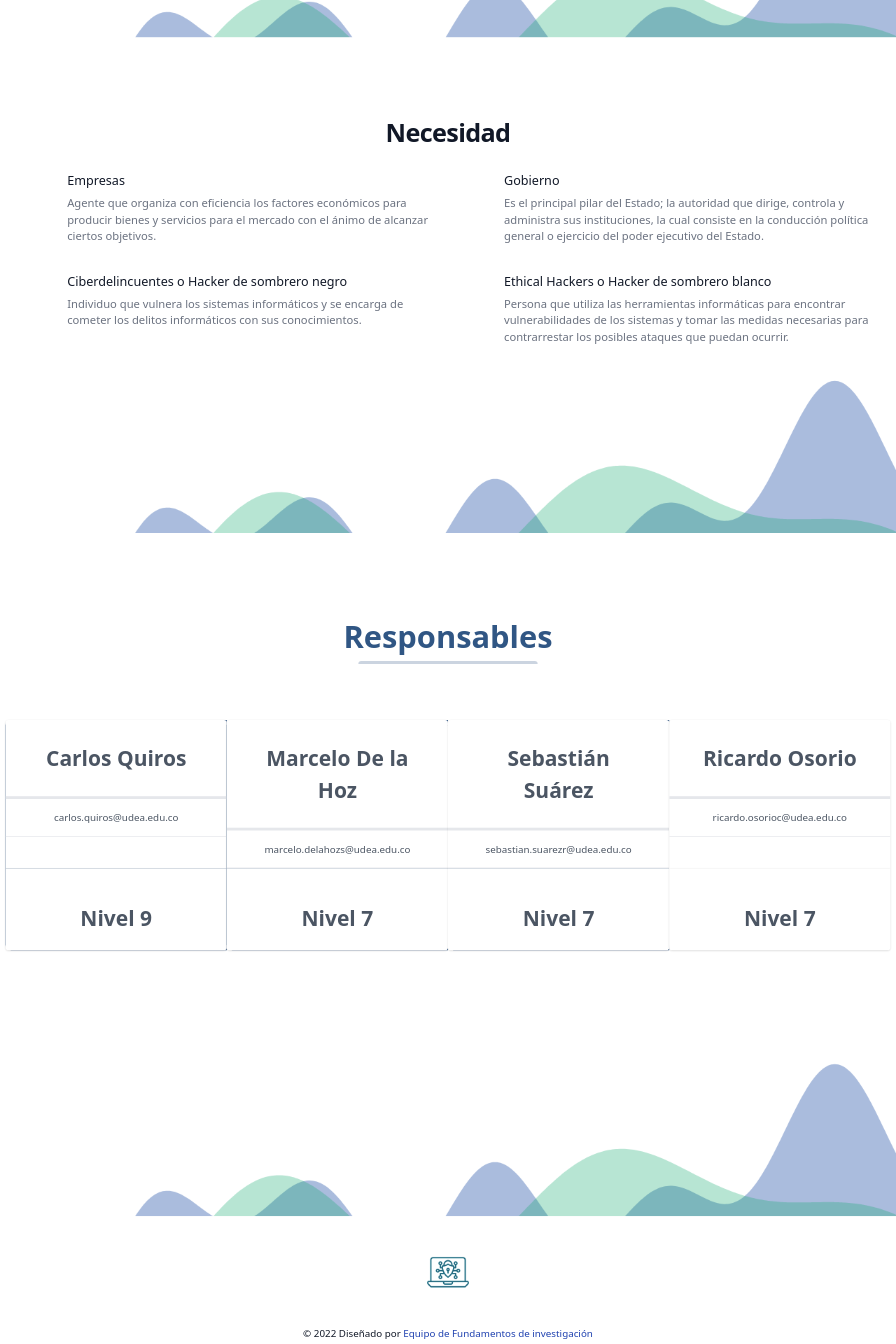
Repository: cardacar/fdi-2022
Page: /
An editor plug-in stored every save of this project. The page is shown before and after the next save, followed by the edit.
The browser window is 1280 px wide. The pictures show the part of the page from y = 3619 to 5539 px (the page is 5578 px tall before and 5530 px after), at 70% of full size.
The project was rebuilt for these pictures with package versions that can differ from the ones it lists, and the page was loaded fresh each time. The framework's server and built-in components were replaced by stand-ins that run in the browser. Also part of the build but not shown: next.config.js.

Above is the page before, as saved 2022-08-07 16:08:40.

### src/pages/index.tsx
import React from 'react';

import About from '../components/About';
import Canvas from '../components/Canvas';
import Features from '../components/Features';
import Header from '../components/Header';
import LazyShow from '../components/LazyShow';
import MainHero from '../components/MainHero';
import MainHeroImage from '../components/MainHeroImage';
import Pricing from '../components/Pricing';
import Product from '../components/Product';
import Necesidad from '../components/Necesidad';

const App = () => {
  return (
    <div className={`bg-background grid gap-y-16 overflow-hidden`}>
      <div className={`relative bg-background`}>
        <div className="max-w-7xl mx-auto">
          <div
            className={`relative z-10 pb-8 bg-background sm:pb-16 md:pb-20 lg:max-w-2xl lg:w-full lg:pb-28 xl:pb-32`}
          >
            <Header />
            <MainHero />
          </div>
        </div>
        <MainHeroImage />
      </div>
      <Canvas />
      <LazyShow>
        <>
          <Product />
          <Canvas />
        </>
      </LazyShow>
      <LazyShow>
        <>
          <Features />
          <Canvas />
        </>
      </LazyShow>
      <LazyShow>
        <>
          <Necesidad />
          <Canvas />
        </>
      </LazyShow>

      <LazyShow>
        <Pricing />
      </LazyShow>
      <LazyShow>
        <>
          <Canvas />
          <About />
        </>
      </LazyShow>
    </div>
  );
};

export default App;

### src/styles/main.css
@tailwind base;
@tailwind components;
@tailwind utilities;


:root {
  --color-primary: #11626D;
  --color-secondary: #1F9BAD;
  --color-tertiaty: #99a0a3;
}

a {
  @apply text-blue-800;
}

a:hover {
  @apply border-b-2 border-blue-900;
}



.content p {
  @apply my-6;
}

.content ul {
  @apply my-6;
}

### src/utils/AppConfig.ts
export const AppConfig = {
  site_name: 'FDICIA',
  title: 'Cómo influye la Inteligencia Artificial a la ciberseguridad en las empresas Colombianas',
  description: '',
  locale: 'es',
};

### src/components/About.tsx
import React from 'react';

import config from '../config/index.json';

const About = () => {
  const { company } = config;
  const { logo, name: companyName } = company;


  return (
    <div
      id="about"
      className="mx-auto container xl:px-20 lg:px-12 sm:px-6 px-4 py-12"
    >
      <div className="flex flex-col items-center justify-center">
        <div>
          <img src={logo} alt={companyName} className="w-16 h-16" style={{color: 'red'}}/>
        </div>
        <div className="flex items-center mt-6">
          <p className="mt-6 text-xs lg:text-sm leading-none text-gray-900 dark:text-gray-50">
            &copy; {new Date().getFullYear()} Diseñado por{' '}
            <a href="#" rel="nofollow">
              Equipo de Fundamentos de investigación
            </a>
          </p>
        </div>
      </div>
    </div>
  );
};
export default About;

### src/components/Canvas.tsx
import { useRef, FC, useEffect, useState } from 'react';

import { CanvasContext } from '../hooks/useCanvas';
import useResponsiveSize from '../hooks/useResponsiveSize';
import Wave from './Wave';

const Canvas: FC = () => {
  const canvasRef = useRef<HTMLCanvasElement>(null);
  const { width } = useResponsiveSize();
  const [context, setContext] = useState<
    CanvasRenderingContext2D | undefined
  >();

  useEffect(() => {
    const ctx = canvasRef?.current?.getContext('2d');
    if (ctx) setContext(ctx);
  }, []);

  return (
    <>
      <CanvasContext.Provider value={{ context }}>
        <canvas id="canvas" ref={canvasRef} width={width} height={220}></canvas>
        <Wave />
      </CanvasContext.Provider>
    </>
  );
};

export default Canvas;

### src/components/Features.tsx
import React from 'react';

import config from '../config/index.json';

const Features = () => {
  const { features } = config;
  const { title, subtitle, description, items: featuresList } = features;
  return (
    <div className={`py-12 bg-background`} id="features">
      <div className="max-w-7xl mx-auto px-4 sm:px-6 lg:px-8">
        <div className="lg:text-center">
          <h2
            className={`text-base text-primary font-semibold tracking-wide uppercase`}
          >
            {title}
          </h2>
          <p className="mt-2 text-3xl leading-8 font-extrabold tracking-tight text-gray-900 sm:text-4xl">
            {subtitle}
          </p>
          <p className="mt-4 max-w-2xl text-xl text-gray-500 lg:mx-auto">
            {description}
          </p>
        </div>

        <div className="mt-10">
          <dl className="space-y-10 md:space-y-0 md:grid md:grid-cols-2 md:gap-x-8 md:gap-y-10">
            {featuresList.map((feature) => (
              <div key={feature.name} className="relative">
                <dt>
                  <div
                    className={`absolute flex items-center justify-center h-12 w-12 rounded-md bg-background text-tertiary border-primary border-4`}
                  >
                    <img
                      className={`inline-block h-6 w-6`}
                      src={feature.icon}
                      alt={feature.name}
                    />
                  </div>
                  <p className="ml-16 text-lg leading-6 font-medium text-gray-900">
                    {feature.name}
                  </p>
                </dt>
                <dd className="mt-2 ml-16 text-base text-gray-500">
                  {feature.description}
                </dd>
              </div>
            ))}
          </dl>
        </div>
      </div>
    </div>
  );
};

export default Features;

### src/components/LazyShow.tsx
import React, { MutableRefObject, useEffect, useRef, useState } from 'react';

import { motion, useAnimation } from 'framer-motion';

function useOnScreen(
  ref: MutableRefObject<HTMLDivElement | null>,
  rootMargin = '0px'
) {
  const [isIntersecting, setIntersecting] = useState(false);

  useEffect(() => {
    let currentRef: any = null;
    const observer = new IntersectionObserver(
      ([entry]) => {
        if (entry?.isIntersecting) setIntersecting(entry?.isIntersecting);
      },
      {
        rootMargin,
      }
    );
    if (ref && ref?.current) {
      currentRef = ref.current;
      observer.observe(currentRef);
    }
    return () => {
      observer.unobserve(currentRef);
    };
  }, [ref, rootMargin]); // Empty array ensures that effect is only run on mount and unmount

  return isIntersecting;
}

const LazyShow = ({ children }: { children: React.ReactChild }) => {
  const controls = useAnimation();
  const rootRef = useRef<HTMLDivElement>(null);
  const onScreen = useOnScreen(rootRef);
  useEffect(() => {
    if (onScreen) {
      controls.start({
        x: 0,
        opacity: 1,
        transition: {
          duration: 0.5,
          ease: 'easeOut',
        },
      });
    }
  }, [onScreen, controls]);
  return (
    <motion.div
      className="lazy-div"
      ref={rootRef}
      initial={{ opacity: 0, x: -50 }}
      animate={controls}
    >
      {children}
    </motion.div>
  );
};

export default LazyShow;

### src/components/MainHero.tsx
import React from 'react';

import config from '../config/index.json';

const MainHero = () => {
  const { mainHero } = config;
  return (
    <main className="mt-10 mx-auto max-w-7xl px-4 sm:mt-12 sm:px-6 md:mt-16 lg:mt-20 lg:px-8 xl:mt-28">
      <div className="sm:text-center lg:text-left">
        <h1 className="text-4xl tracking-tight font-extrabold text-gray-900 sm:text-5xl md:text-6xl">
          <span className="block xl:inline">{mainHero.title}</span>{' '}
          <span className={`block text-primary xl:inline`}>
            {mainHero.subtitle}
          </span>
        </h1>
        <p className="mt-3 text-base text-gray-500 sm:mt-5 sm:text-lg sm:max-w-xl sm:mx-auto md:mt-5 md:text-xl lg:mx-0">
          {mainHero.description}
        </p>
      </div>
    </main>
  );
};

export default MainHero;

### src/components/Product.tsx
import React from "react";

import config from "../config/index.json";
import Divider from "./Divider";

const Product = () => {
  const { product } = config;
  const [firstItem, secondItem] = product.items;

  return (
    <section className={`bg-background py-8`} id="product">
      <div className={`container max-w-5xl mx-auto m-8`}>
        <h1
          className={`w-full my-2 text-5xl font-bold leading-tight text-center text-primary`}
        >
          {product.title.split(" ").map((word, index) => (
            <span
              key={index}
              className={index % 2 ? "text-primary" : "text-border"}
            >
              {word}{" "}
            </span>
          ))}
        </h1>
        <Divider />
        <div className={`flex flex-wrap`}>
          <div className={`w-5/6 sm:w-1/2 p-6 mt-20`}>
            <h3
              className={`text-3xl text-gray-800 font-bold leading-none mb-3`}
            >
              {firstItem?.title}
            </h3>
            <p className={`text-gray-600`}>{firstItem?.description}</p>
          </div>
          <div className={`w-full sm:w-1/2 p-6`}>
            <img
              className="h-6/6"
              src={firstItem?.img}
              alt={firstItem?.title}
            />
          </div>
        </div>
        <div className={`flex flex-wrap flex-col-reverse sm:flex-row`}>
          <div className={`w-full sm:w-1/2 p-6`}>
            <img
              className="h-6/6"
              src={secondItem?.img}
              alt={secondItem?.title}
            />
          </div>
          <div className={`w-full sm:w-1/2 p-6 mt-20`}>
            <div className={`align-middle`}>
              <h3
                className={`text-3xl text-gray-800 font-bold leading-none mb-3`}
              >
                {secondItem?.title}
              </h3>
              <p className={`text-gray-600 mb-8`}>{secondItem?.description}</p>
            </div>
          </div>
          <div className={`w-full p-6 mt-20 text-center`}>
            <div className={`align-middle`}>
              <h3
                className={`text-3xl text-gray-800 font-bold leading-none mb-3`}
              >
              </h3>
              <p className={`text-gray-600 mb-8 text-justify`}>
                Con el incremento en la cantidad de información que se maneja en
                la red en especial a nivel empresarial, se ve la necesidad de
                gestionar y controlar la seguridad de toda esta, velando por la
                automatización de muchos de estos procesos, para asi no agobiar
                y mantener al personal concentrado en los casos mas importante.
                Aqui es donde entra la inteligencia artificial,siendo una
                herramienta que permite la constante actualización de su uso,
                permite asumir una gran cantidad de tareas a la hora de mantener
                la seguridad de la información.<br></br><br></br> En cuanto a generar las fallas
                de seguridad, las mismas características que hacen a las IA una
                de las mejores herramientas para proteger información, las
                vuelven a su vez las más óptimas para penetrar en los sistemas
                de seguridad, además de que estas tienen una ventaja, la cual es
                que tú como defensor no puedes fallar nunca, pero como atacante
                no importa cuantas veces falles, dado que con solo una victoria,
                es la derrota total para la seguridad del sistema. Al ser las IA
                capaz de evolucionar con cada intento, las que tendrían más
                capacidad de desarrollo a lo largo del tiempo será la del
                atacante.
              </p>
            </div>
          </div>
        </div>
      </div>
    </section>
  );
};

export default Product;

### src/components/Necesidad.tsx
import React from 'react';

import config from '../config/index.json';

const Necesidad = () => {
  const { Necesidad } = config;
  const { title, subtitle, description, items: featuresList } = Necesidad;
  return (
    <div className={`py-12 bg-background`} id="necesidad">
      <div className="max-w-7xl mx-auto px-4 sm:px-6 lg:px-8">
        <div className="lg:text-center">
          <h2
            className={`text-base text-primary font-semibold tracking-wide uppercase`}
          >
            {title}
          </h2>
          <p className="mt-2 text-3xl leading-8 font-extrabold tracking-tight text-gray-900 sm:text-4xl">
            {subtitle}
          </p>
          <p className="mt-4 max-w-2xl text-xl text-gray-500 lg:mx-auto">
            {description}
          </p>
        </div>

        <div className="mt-10">
          <dl className="space-y-10 md:space-y-0 md:grid md:grid-cols-2 md:gap-x-8 md:gap-y-10">
            {featuresList.map((feature) => (
              <div key={feature.name} className="relative">
                <dt>
                  <p className="ml-16 text-lg leading-6 font-medium text-gray-900">
                    {feature.name}
                  </p>
                </dt>
                <dd className="mt-2 ml-16 text-base text-gray-500">
                  {feature.description}
                </dd>
              </div>
            ))}
          </dl>
        </div>
      </div>
    </div>
  );
};

export default Necesidad;

### src/config/index.json
{
  "company": {
    "name": "Contexto",
    "logo": "/assets/images/logo.png"
  },
  "navigation": [
    {
      "name": "Contexto",
      "href": "product"
    },
    {
      "name": "Entes",
      "href": "features"
    },

    {
      "name": "Estudiantes",
      "href": "pricing"
    },
    {
      "name": "Necesidad",
      "href": "necesidad"
    },
    {
      "name": "About",
      "href": "about"
    }
  ],
  "mainHero": {
    "title": "¿Cómo influye la Inteligencia Artificial",
    "subtitle": "a la ciberseguridad en las empresas Colombianas?",
    "description": "Las nuevas amenazas basadas en herramientas de inteligencia artificial obligan a elevar también el nivel de las tecnologías necesarias para defender a las empresas. Siete de cada diez compañías están ya usando algún tipo de IA para la protección de sus activos. Las soluciones se dirigen hacia cuatro grandes necesidades (gestión masiva de información, respuesta en tiempo real, automatización y predicción), y se emplean en áreas como gestión de incidencias y respuesta, gestión de intrusiones, protección anti-malware, gestión del fraude, ciberinteligencia o prevención de correo malicioso, entre otra",
    "img": "/assets/images/FondoPrincipal.png"
  },
  "product": {
    "title": "Contexto",
    "items": [
      {
        "title": "¿Qué es la ciberseguridad?",
        "description": "La ciberseguridad o seguridad informática es una práctica que busca defender las computadoras, los servidores, los dispositivos móviles, las redes, y en general los sistemas electrónicos y los datos de ataques maliciosos. El término se aplica en diferentes contextos, desde los negocios hasta la informática móvil.",
        "img": "/assets/images/Desc_Cibersecurity.png"
      },
      {
        "title": "¿Qué es la Inteligencia artificial?",
        "description": "Se puede definir citando a Juan Romero, Carlos Dafonte, Angel Gómez y Fernando Penousal en su libro Inteligencia Artificial y Computación Avanzada: \"un sistema artificial posee inteligencia cuando es capaz de llevar a cabo tareas que, si fuesen realizadas por un humano, se diría de este que es inteligente. Dentro de las ciencias de la computación, la rama de la I.A. se basa en intentar dotar al funcionamiento de las aplicaciones informáticas de un comportamiento inteligente similar al humano para la toma de decisiones.\"[3]",
        "img": "/assets/images/IA.svg"
      }
    ]
  },
  "features": {
    "title": "",
    "subtitle": "Entes",
    "description": "En nuestro contexto, los principales sujetos de investigación serian los siguientes",
    "items": [
      {
        "name": "Empresas",
        "description": "Agente que organiza con eficiencia los factores económicos para producir bienes y servicios para el mercado con el ánimo de alcanzar ciertos objetivos.",
        "icon": "/assets/images/edificio.png"
      },
      {
        "name": "Gobierno",
        "description": "Es el principal pilar del Estado; la autoridad que dirige, controla y administra sus instituciones, la cual consiste en la conducción política general o ejercicio del poder ejecutivo del Estado.",
        "icon": "/assets/images/gobernancia.png"
      },
      {
        "name": "Ciberdelincuentes o Hacker de sombrero negro",
        "description": "Individuo que vulnera los sistemas informáticos y se encarga de cometer los delitos informáticos con sus conocimientos.",
        "icon": "/assets/images/hackear.png"
      },
      {
        "name": "Ethical Hackers o Hacker de sombrero blanco",
        "description": "Persona que utiliza las herramientas informáticas para encontrar vulnerabilidades de los sistemas y tomar las medidas necesarias para contrarrestar los posibles ataques que puedan ocurrir.",
        "icon": "/assets/images/hacker.png"
      }
    ]
  },
  "Necesidad": {
    "title": "",
    "subtitle": "Necesidad",
    "description": "",
    "items": [
      {
        "name": "Empresas",
        "description": "Agente que organiza con eficiencia los factores económicos para producir bienes y servicios para el mercado con el ánimo de alcanzar ciertos objetivos.",
        "icon": ""
      },
      {
        "name": "Gobierno",
        "description": "Es el principal pilar del Estado; la autoridad que dirige, controla y administra sus instituciones, la cual consiste en la conducción política general o ejercicio del poder ejecutivo del Estado.",
        "icon": "/assets/images/gobernancia.png"
      },
      {
        "name": "Ciberdelincuentes o Hacker de sombrero negro",
        "description": "Individuo que vulnera los sistemas informáticos y se encarga de cometer los delitos informáticos con sus conocimientos.",
        "icon": "/assets/images/hackear.png"
      },
      {
        "name": "Ethical Hackers o Hacker de sombrero blanco",
        "description": "Persona que utiliza las herramientas informáticas para encontrar vulnerabilidades de los sistemas y tomar las medidas necesarias para contrarrestar los posibles ataques que puedan ocurrir.",
        "icon": "/assets/images/hacker.png"
      }
    ]
  },
  "pricing": {
    "title": "Responsables",
    "items": [
      {
        "name": "Carlos Quiros",
        "price": "Nivel 9",
        "priceDetails": "",
        "features": ["carlos.quiros@udea.edu.co"]
      },
      {
        "name": "Marcelo De la Hoz",
        "price": "Nivel 7",
        "priceDetails": "",

        "features": ["marcelo.delahozs@udea.edu.co"]
      },
      {
        "name": "Sebastián Suárez",
        "price": "Nivel 7",
        "priceDetails": "",
        "features": ["sebastian.suarezr@udea.edu.co"]
      },
      {
        "name": "Ricardo Osorio",
        "price": "Nivel 7",
        "priceDetails": "",
        "features": ["ricardo.osorioc@udea.edu.co"]
      }
    ]
  }
}

### src/components/Wave.tsx
import { FC } from 'react';

import { useCanvasContext } from '../hooks/useCanvas';
import useResponsiveSize from '../hooks/useResponsiveSize';
import WaveObj from '../utils/wave';

const Wave: FC = () => {
  const { context } = useCanvasContext();
  const { width } = useResponsiveSize();
  const height = 600;
  let frequency = 0.013;
  const waves = {
    frontWave: new WaveObj([0.0211, 0.028, 0.015], 'rgb(44, 89, 171, 0.4)'),
    backWave: new WaveObj([0.0122, 0.018, 0.005], 'rgb(17, 169, 111, 0.3)'),
  };

  const render = () => {
    context?.clearRect(0, 0, width, height);
    Object.entries(waves).forEach(([, wave]) => {
      wave.draw(context!, width, height, frequency);
    });
    frequency += 0.013;
    requestAnimationFrame(render);
  };
  if (context) render();
  return null;
};

export default Wave;

Loaded but not shown: src/pages/_app.tsx (common file); src/pages/_document.tsx (common file); src/components/MainHeroImage.tsx (common file); src/hooks/useCanvas.ts (common file); src/hooks/useResponsiveSize.ts (common file); src/components/Divider.tsx (common file); src/utils/wave.ts (common file); tailwind.config.js (46 lines, source omitted); src/components/Pricing.tsx (156 lines, source omitted); src/components/Header.tsx (118 lines, source omitted)

After the next save:
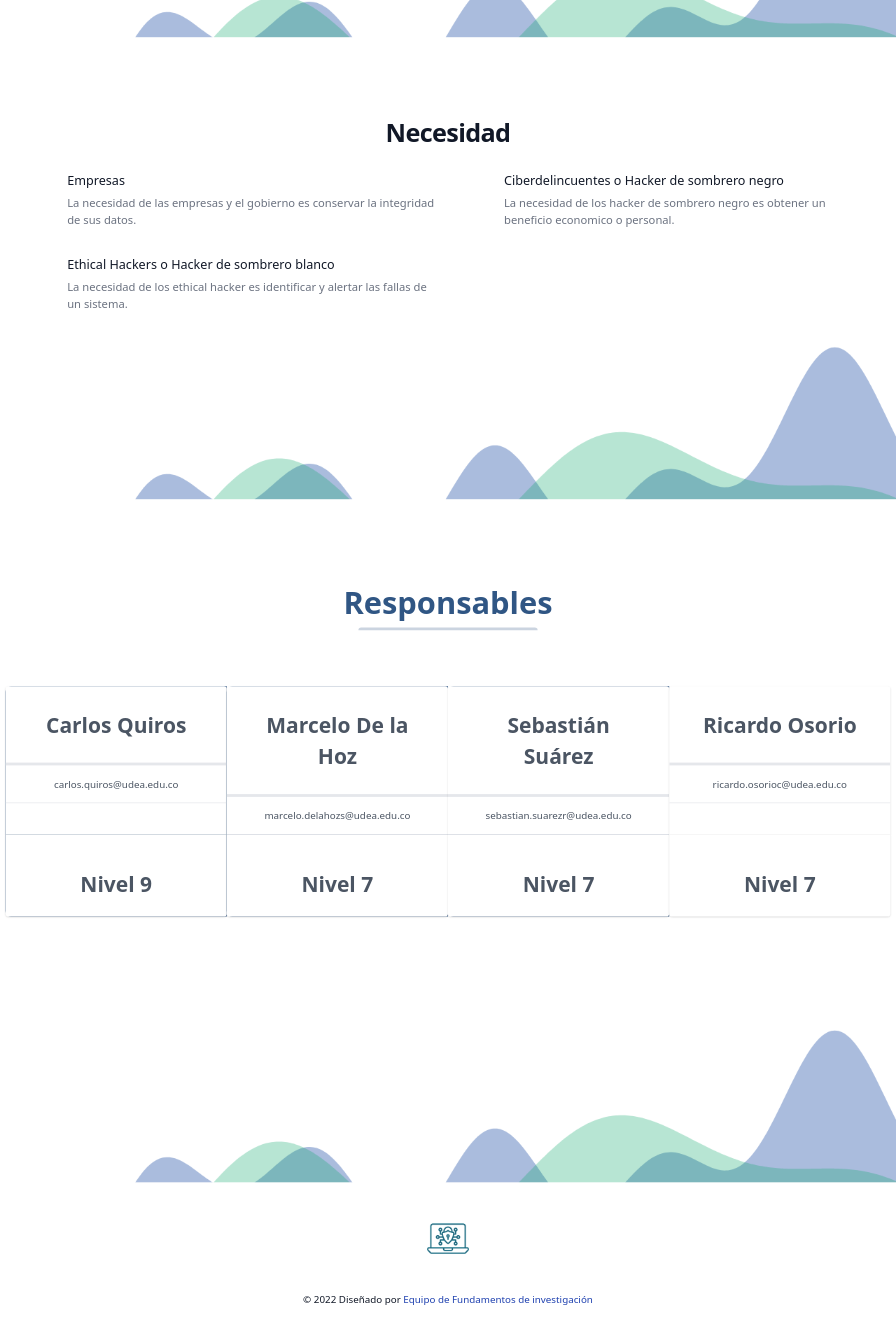
Saved 80 s later.
--- a/src/config/index.json
+++ b/src/config/index.json
@@ -81,23 +81,15 @@
     "items": [
       {
         "name": "Empresas",
-        "description": "Agente que organiza con eficiencia los factores económicos para producir bienes y servicios para el mercado con el ánimo de alcanzar ciertos objetivos.",
-        "icon": ""
-      },
-      {
-        "name": "Gobierno",
-        "description": "Es el principal pilar del Estado; la autoridad que dirige, controla y administra sus instituciones, la cual consiste en la conducción política general o ejercicio del poder ejecutivo del Estado.",
-        "icon": "/assets/images/gobernancia.png"
+        "description": "La necesidad de las empresas y el gobierno es conservar la integridad de sus datos."
       },
       {
         "name": "Ciberdelincuentes o Hacker de sombrero negro",
-        "description": "Individuo que vulnera los sistemas informáticos y se encarga de cometer los delitos informáticos con sus conocimientos.",
-        "icon": "/assets/images/hackear.png"
+        "description": "La necesidad de los hacker de sombrero negro es obtener un beneficio economico o personal."
       },
       {
         "name": "Ethical Hackers o Hacker de sombrero blanco",
-        "description": "Persona que utiliza las herramientas informáticas para encontrar vulnerabilidades de los sistemas y tomar las medidas necesarias para contrarrestar los posibles ataques que puedan ocurrir.",
-        "icon": "/assets/images/hacker.png"
+        "description": "La necesidad de los ethical hacker es identificar y alertar las fallas de un sistema."
       }
     ]
   },
